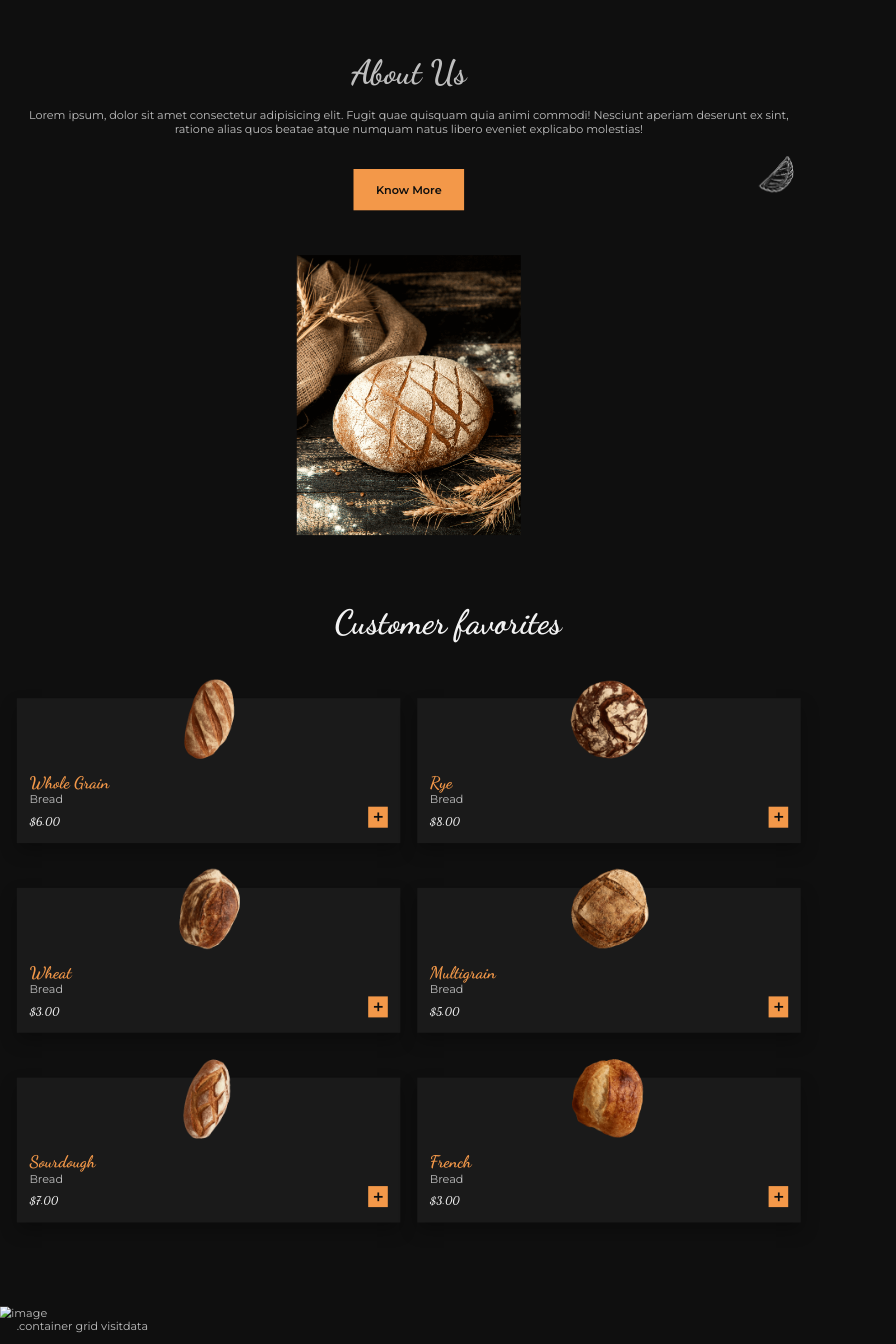
Repository: dinhhaidh/Bakery-web
Page: index.html
The author's editor kept a copy of each file at every save. The page is drawn from the files as they stood at one save, then again after the next save.
The browser window is 1280 px wide. The pictures show the part of the page from y = 1839 to 3759 px (the page is 3759 px tall), at 70% of full size.
Some web libraries are served in a nearby version.

Above is the page before, as saved 2024-01-16 15:46:04.

### index.html
<!DOCTYPE html>
<html lang="en">
  <head>
    <meta charset="UTF-8" />
    <meta name="viewport" content="width=device-width, initial-scale=1.0" />

    <!--=============== FAVICON ===============-->
    <link rel="shortcut icon" href="assets/img/favicon.png" type="image/x-icon"/>
    <!--=============== REMIXICONS ===============-->
    <link rel="stylesheet"  href="https://cdnjs.cloudflare.com/ajax/libs/remixicon/3.7.0/remixicon.css"/>
    <!--=============== CSS ===============-->
    <link rel="stylesheet" href="./css/style.css"/>

    <title>Responsive bakery website - Bedimcode</title>
  </head>
  <body>
    <!--==================== HEADER ====================-->
    <header class="header" id="header">
        <nav class="nav container">
            <a href="#" class="nav__logo">Bakery</a>
            <div class="nav__menu" id="nav-menu">
                <ul class="nav__list">
                    <li class="nav__item">
                        <a href="#home" class="nav__link">Home</a>
                    </li>
                    <li class="nav__item">
                        <a href="#new" class="nav__link">News</a>
                    </li>
                    <li class="nav__item">
                        <a href="#about" class="nav__link">About Us</a>
                    </li>
                    <li class="nav__item">
                        <a href="#favorite" class="nav__link">Favorites</a>
                    </li>
                    <li class="nav__item">
                        <a href="#visit" class="nav__link">Location</a>
                    </li>
                </ul>
                <div class="nav__close" id="nav-close">
                    <i class="ri-close-line"></i>
                </div>

                <img src="./img/bread-4.png" alt="image" class="nav__img-1">
                <img src="./img/bread-1.png" alt="image" class="nav__img-2">
            </div>

            <!-- toggle button -->
            <div class="nav__toggle" id="nav-toggle">
                <i class="ri-menu-line"></i>
            </div>
        </nav>
    </header>

    <!--==================== MAIN ====================-->
    <main class="main">
      <!--==================== HOME ====================-->
      <section class="home section" id="home">
        <img src="./img/home-bg.jpg" alt="image" class="home__bg">
        <div class="home__shadow"></div>
        <div class="home__container container grid">
            <div class="home__data">
                <h1 class="home__title">
                    Select The Best.<br> Quality Breads
                </h1>
                <a href="#" class="button">Select breads</a>

                <img src="./img/bread-1.png" alt="image" class="home__bread">
            </div>
            <div class="home__image">
                <img src="./img/home-bread.png" alt="image" class="home__img">
            </div>
            <footer class="home__footer">
                <div class="home__location">
                    <i class="ri-map-pin-line"></i>
                    <span>Av. The Sun #321 <br> Lima Peru</span>
                </div>
                <div class="home__social">
                    <a href="https://www.facebook.com/" target="_blank">

                        <i class="ri-facebook-circle-line"></i>
                    </a>
                    <a href="https://www.instagram.com/
                    " target="_blank">
                        <i class="ri-instagram-line"></i>
                    </a>
                    <a href="https://www.youtube.com/" target="_blank">
                        <i class="ri-youtube-line"></i>
                    </a>
                </div>
            </footer>
        </div>
      </section>

      <!--==================== NEWS ====================-->
      <section class="new section" id="new">
        <h2 class="section__title">New breads</h2>

        <div class="new__container container grid">
            <div class="new__content grid">
                <article class="new__card">
                    <div class="new__data">
                        <h2 class="new__title">Rye Bread</h2>
                        <p class="new__description">
                            Baked width healthy, gluten-free
                            sourdough for good nutrition.
                        </p>
                    </div>
                    <img src="./img/new-bread-1.png" alt="image" class="new__img">
                </article>
                <article class="new__card">
                    <div class="new__data">
                        <h2 class="new__title">Whole grain bread</h2>
                        <p class="new__description">
                            Crispy and homemade prepared
                            form organic yeast-free flour
                        </p>
                    </div>
                    <img src="./img/new-bread-2.png"  alt="image" class="new__img">
                </article>
                <article class="new__card">
                    <div class="new__data">
                        <h2 class="new__title">Multigrain Bread</h2>
                        <p class="new__description">
                            Tasty and made with different
                            natural grains form the countryside
                        </p>
                    </div>
                    <img src="./img/new-bread-3.png"  alt="image" class="new__img">
                </article>
            </div>
            <a href="#" class="new__button button">See More Breads</a>
        </div>
      </section>

      <!--==================== ABOUT ====================-->
      <section class="about section" id="about">
        <div class="about__container container grid">
            <div class="about__data">
                <div class="section__title">About Us</div>

                <p class="about__description">
                    Lorem ipsum, dolor sit amet consectetur adipisicing elit. Fugit quae quisquam quia animi commodi! Nesciunt aperiam deserunt ex sint, ratione alias quos beatae atque numquam natus libero eveniet explicabo molestias!
                </p>
                <a href="#" class="button">Know More</a>
                <img src="./img/bread-2.png" alt="image" class="about__bread">
            </div>
            <img src="./img/about-bread.png" alt="" class="about__img">
        </div>
      </section>

      <!--==================== FAVORITES ====================-->
      <section class="favorite section" id="favorite">
        <h2 class="section__title">Customer favorites</h2>
        <div class="favorite__container container grid">
            <article class="favorite__card">
                <img src="./img/favorite-bread-1.png" alt="image" class="favorite__img">
                <div class="favorite__data">
                    <h2 class="favorite__title">Whole Grain</h2>
                    <span class="favorite__subtitle">Bread</span>
                    <h3 class="favorite__price">$6.00</h3>
                </div>
                <button class="favorite__button button">
                    <i class="ri-add-line"></i>
                </button>
            </article>
            <article class="favorite__card">
                <img src="./img/favorite-bread-2.png" alt="image" class="favorite__img">
                <div class="favorite__data">
                    <h2 class="favorite__title">Rye</h2>
                    <span class="favorite__subtitle">Bread</span>
                    <h3 class="favorite__price">$8.00</h3>
                </div>
                <button class="favorite__button button">
                    <i class="ri-add-line"></i>
                </button>
            </article>
            <article class="favorite__card">
                <img src="./img/favorite-bread-3.png" alt="image" class="favorite__img">
                <div class="favorite__data">
                    <h2 class="favorite__title">Wheat</h2>
                    <span class="favorite__subtitle">Bread</span>
                    <h3 class="favorite__price">$3.00</h3>
                </div>
                <button class="favorite__button button">
                    <i class="ri-add-line"></i>
                </button>
            </article>
            <article class="favorite__card">
                <img src="./img/favorite-bread-4.png" alt="image" class="favorite__img">
                <div class="favorite__data">
                    <h2 class="favorite__title">Multigrain</h2>
                    <span class="favorite__subtitle">Bread</span>
                    <h3 class="favorite__price">$5.00</h3>
                </div>
                <button class="favorite__button button">
                    <i class="ri-add-line"></i>
                </button>
            </article>
            <article class="favorite__card">
                <img src="./img/favorite-bread-5.png" alt="image" class="favorite__img">
                <div class="favorite__data">
                    <h2 class="favorite__title">Sourdough</h2>
                    <span class="favorite__subtitle">Bread</span>
                    <h3 class="favorite__price">$7.00</h3>
                </div>
                <button class="favorite__button button">
                    <i class="ri-add-line"></i>
                </button>
            </article>
            <article class="favorite__card">
                <img src="./img/favorite-bread-6.png" alt="image" class="favorite__img">
                <div class="favorite__data">
                    <h2 class="favorite__title">French</h2>
                    <span class="favorite__subtitle">Bread</span>
                    <h3 class="favorite__price">$3.00</h3>
                </div>
                <button class="favorite__button button">
                    <i class="ri-add-line"></i>
                </button>
            </article>
        </div>
      </section>

      <!--==================== VISIT ====================-->
      <section class="visit section" id="visit">
        <h2 class="section__title"></h2>
        <div class="visit__container">
            <img src="" alt="image" class="visit__img">
            <div class="visit__shadow"></div>

            <div class=" container grid__content  container grid">
                .container grid visitdata
            </div>
        </div>
      </section>
    </main>

    <!--==================== FOOTER ====================-->
    <footer class="footer"></footer>

    <!--========== SCROLL UP ==========-->

    <!--=============== SCROLLREVEAL ===============-->
    <script src="./js/scrollreveal.min.js"></script>
    <script src="https://code.jquery.com/jquery-3.7.1.min.js"></script>

    <!--=============== MAIN JS ===============-->
    <script src="./js/main.js"></script>
  </body>
</html>

### css/style.css
/*=============== GOOGLE FONTS ===============*/
@import url("https://fonts.googleapis.com/css2?family=Dancing+Script:wght@700&family=Montserrat:wght@400;600;700&display=swap");

/*=============== VARIABLES CSS ===============*/
:root {
    --header-height: 3.5rem;

    /*========== Colors ==========*/
    /*Color mode HSL(hue, saturation, lightness)*/
    --first-color: hsl(28, 88%, 62%);
    --first-color-alt: hsl(28, 84%, 58%);
    --title-color: hsl(0, 0%, 95%);
    --text-color: hsl(0, 0%, 75%);
    --text-color-light: hsl(0, 0%, 65%);
    --black-color: hsl(0, 0%, 6%);
    --body-color: hsl(0, 0%, 6%);
    --container-color: hsl(0, 0%, 10%);

    /*========== Font and typography ==========*/
    /*.5rem = 8px | 1rem = 16px ...*/
    --body-font: "Montserrat", sans-serif;
    --second-font: "Dancing Script", cursive;
    --biggest-font-size: 3rem;
    --bigger-font-size: 2rem;
    --h1-font-size: 1.5rem;
    --h2-font-size: 1.25rem;
    --h3-font-size: 1rem;
    --normal-font-size: .938rem;
    --small-font-size: .813rem;

    /*========== Font weight ==========*/
    --font-regular: 400;
    --font-semi-bold: 600;
    --font-bold: 700;

    /*========== z index ==========*/
    --z-tooltip: 10;
    --z-fixed: 100;
}

/*========== Responsive typography ==========*/
@media screen and (min-width: 1150px) {
    :root {
        --biggest-font-size: 5rem;
        --bigger-font-size: 3rem;
        --h1-font-size: 2.25rem;
        --h2-font-size: 1.5rem;
        --h3-font-size: 1.25rem;
        --normal-font-size: 1rem;
        --small-font-size: .875rem;
    }
}

/*=============== BASE ===============*/
* {
    box-sizing: border-box;
    padding: 0;
    margin: 0;
}

html {
    scroll-behavior: smooth;
}

body,
button {
    font-family: var(--body-font);
    font-size: var(--normal-font-size);
}

body {
    background-color: var(--body-color);
    color: var(--text-color);
}

button {
    border: none;
    outline: none;
}

h1,
h2,
h3,
h4 {
    color: var(--title-color);
    font-weight: var(--font-bold);
}

ul {
    list-style: none;
}

a {
    text-decoration: none;
}

img {
    display: block;
    max-width: 100%;
    height: auto;
}

/*=============== REUSABLE CSS CLASSES ===============*/
.container {
    max-width: 1120px;
    margin-inline: 1.5rem;
}

.grid {
    display: grid;
    gap: 1.5rem;
}

.section {
    padding-block: 5rem 1rem;
}

.section__title {
    font-size: var(--bigger-font-size);
    font-family: var(--second-font);
    margin-bottom: 1.5rem;
    text-align: center;
}

.main {
    overflow: hidden;
    /* For animation ScrollReveal */
}

/*=============== HEADER & NAV ===============*/
.header{
    position: fixed;
    width: 100%;
    top: 0;
    left: 0;
    background-color: transparent;
    z-index: var(--z-fixed);
}
.nav{
    position: relative;
    height: var(--header-height);
    display: flex;
    justify-content: space-between;
    align-items: center;
}
.nav__logo{
    color: var(--first-color);
    font-size: var(--h2-font-size);
    font-family: var(--second-font);
    transition: color .4s;
}
.nav__logo:hover{
    color: var(--first-color-alt);
}
.nav__close,
.nav__toggle{
    font-size: 1.5rem;
    color: var(--title-color);
    cursor: pointer;
}

/* Navigation for mobile devices */
/* responsive */
@media screen and (max-width: 1150px) {
    .nav__menu{
        position: fixed;
        top: 0;
        right: -100%;
        background-color: hsla(0,0%,6%, .2);
        backdrop-filter: blur(16px);
        -webkit-backdrop-filter: blur(16px);
        width: 80%;
        height: 100%;
        padding: 6rem 3rem 0;
        transition: right .4s;
    }
    .nav__list{
        display: flex;
        flex-direction: column;
        row-gap: 2.5rem;
    }
    .nav__link{
        color: var(--title-color);
        font-weight: var(--font-semi-bold);
        transition: color .4s;
    }
    .nav__link:hover{
        color: var(--first-color);
    }
    .nav__close,
    .nav__img-1,
    .nav__img-2{
        position: absolute;
    }
    .nav__close{
        top: 1rem;
        right: 1.5rem;
    }
    .nav__img-1{
        width: 80px;
        top: 11rem;
        right: 0.75rem;
    }
    .nav__img-2{
        width: 60px;
        top: 28rem;
        left: 6rem;
    }
}

/* Show menu */
.show-menu{
    right: 0;
}

/* Add blur header */
/* Thêm tiêu đề mờ, khi kéo xuống hiển thị thanh nngang fixed */
.blur-header::after{
    content: '';
    position: absolute;
    width: 100%;
    height: 100%;
    background-color: hsla(0, 0%, 6%, .2);
    backdrop-filter: blur(16px);
    -webkit-backdrop-filter: blur(16px);
    top: 0;
    left: 0;
    z-index: -1;
}

/* Active link */


/*=============== HOME ===============*/
.home{
    position: relative;
    padding-top: 6.5rem;
}
.home__container{
    row-gap: 2rem;
}
.home__bg,
.home__shadow{
    position: absolute;
    top: 0;
    left: 0;
    width: 100%;
    height: 100%;
    z-index: -1;
}
.home__bg{
    object-fit: cover;
    object-position: center;
}
.home__shadow{
    background: linear-gradient(180deg, hsla(0, 0%, 0%, 0) 0%, hsl(0, 0%, 6%) 100%);

}
.home__data{
    position: relative;
    text-align: center;
}
.home__title{
    font-size: var(--biggest-font-size);
    font-family: var(--second-font);
    margin-bottom: 1.5rem;
}
.home__bread{
    width: 50px;
    position: absolute;
    top: 15rem;
    left: 4rem;
}
.home__image{
    max-width: 400px;
    justify-self: center;
}
.home__img{
    rotate: 15deg;
}
.home__footer,
.home__location,
.home__social{
    display: flex;
}
.home__footer{
    justify-content: space-between;
    align-items: center;
}
.home__location{
    align-items: center;
    column-gap: .5rem;
}
.home__location i{
    font-size: 1.5rem;
    color: var(--first-color);
}
.home__location span{
    color: var(--title-color);
    font-size: var(--small-font-size);
}
.home__social{
    column-gap: 1rem;
}
.home__social a{
    color: var(--title-color);
    font-size: 1.5rem;
    transition: color 4s;
}
.home__social a:hover{
    color: var(--first-color);
}

/*=============== BUTTON ===============*/
.button{
    display: inline-flex;
    background-color: var(--first-color);
    color: var(--black-color);
    font-weight: var(--font-semi-bold);
    padding: 1.25rem 2rem;
    transition: background-color .4s;
}
.button:hover{
    background-color: var(--first-color-alt);
}

/*=============== NEW ===============*/
.new{

}
.new__container{
    padding-top: 1.5rem;
    row-gap: 3.5rem;
}
.new__content{
    row-gap: 2rem
}
.new__card{
    display: flex;
    column-gap: 1rem;
    align-items: center;
}
.new__card:nth-child(2) img{
    order: -1;
}
.new__img{
    width: 150px;
}
.new__data{

}
.new__title{
    font-size: var(--h2-font-size);
    font-family: var(--second-font);
    color: var(--first-color);
    margin-bottom: .5rem;
}
.new__description{
    font-size: var(--small-font-size);
}
.new__button{
    justify-self: center;
}

/*=============== ABOUT ===============*/
.about__container{
    row-gap: 4rem;
}
.about__data{
    position: relative;
    text-align: center;
}
.about__description{
    margin-bottom: 3rem;
}
.about__bread{
    width: 60px;
    position: absolute;
    bottom: 1rem;
    right: 0;
}
.about__img{
    width: 320px;
    justify-self: center;
}

/*=============== FAVORITES ===============*/
.favorite__container{
    padding-top: 3.5rem;
    grid-template-columns: repeat(2, 1fr);
    gap: 4rem 1.5rem;
}
.favorite__card{
position: relative;
background-color: var(--container-color);
box-shadow: 0 12px 24px hsla(0, 0%, 0%, .3 );
padding: 6.5rem 1rem 1.25rem;
border: 2px solid transparent;
transition: border-color .4s;
}
.favorite__img{
    width: 120px;
    position: absolute;
    top: -2rem;
    left: 0;
    right: 0;
    margin: 0 auto;
}

.favorite__title{
    font-size: var(--h2-font-size);
    font-family: var(--second-font);
    color: var(--first-color);
}
.favorite__subtitle{
    display: block;
    margin-bottom: 0.75rem;
}
.favorite__price{
    font-size: var(--normal-font-size);
    font-family: var(--second-font);
}
.favorite__button{
    padding: 0.25rem;
    font-size: 1.25rem;
    position: absolute;
    bottom: 1.25rem;
    right: 1rem;
    cursor: pointer;
}
.favorite__card:hover{
    border-color: var(--first-color);
}

/*=============== VISIT ===============*/


/*=============== FOOTER ===============*/


/*=============== SCROLL BAR ===============*/


/*=============== SCROLL UP ===============*/


/* Show Scroll Up */


/*=============== BREAKPOINTS ===============*/
/* For small devices */


/* For medium devices */


/* For large devices */

Loaded but not shown: js/scrollreveal.min.js (library); js/main.js (no copy from this time; the picture is the same without it)

After the next save:
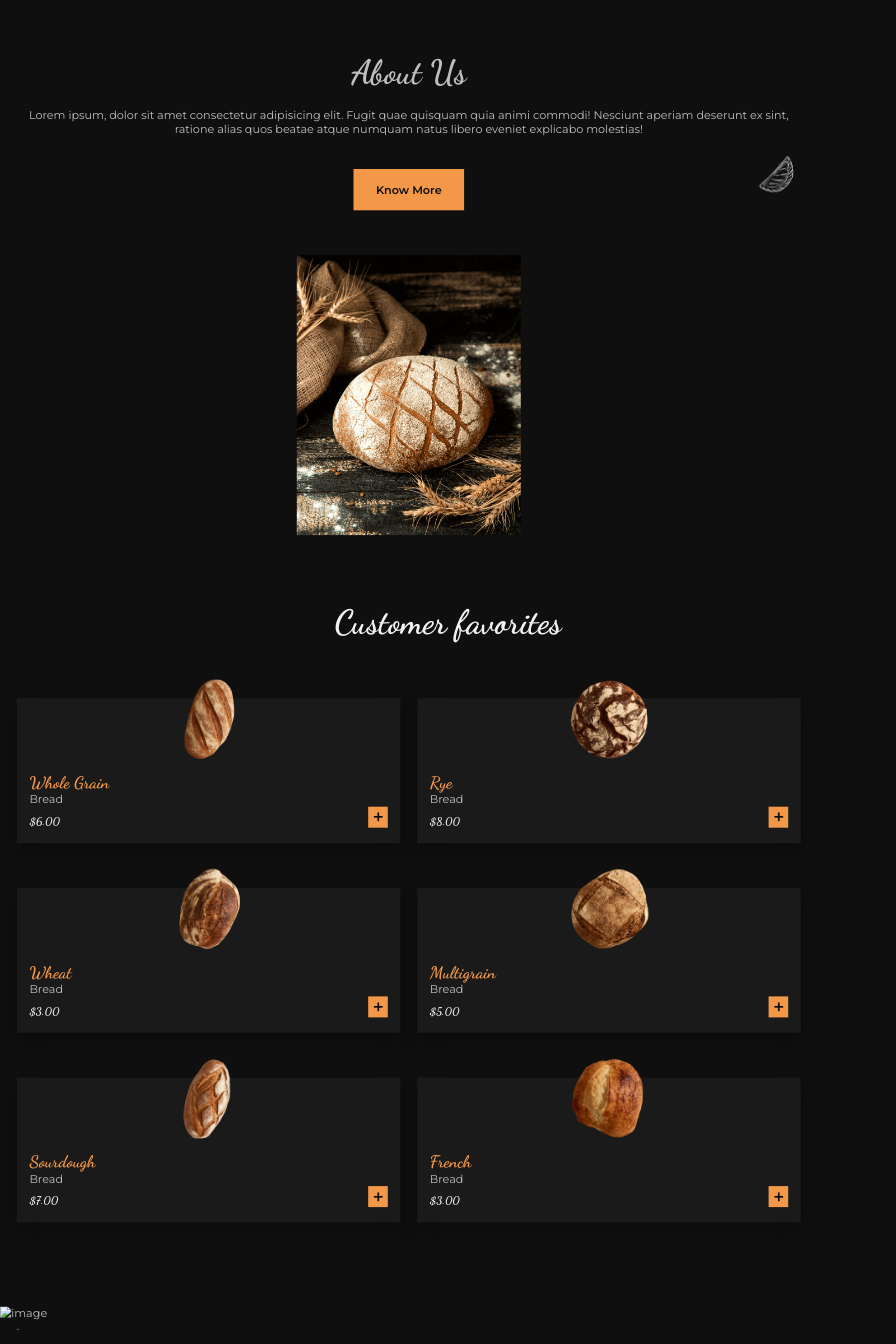
Saved 10 s later.
--- a/index.html
+++ b/index.html
@@ -229,7 +229,7 @@
             <div class="visit__shadow"></div>
 
             <div class=" container grid__content  container grid">
-                .container grid visitdata
+                .
             </div>
         </div>
       </section>
